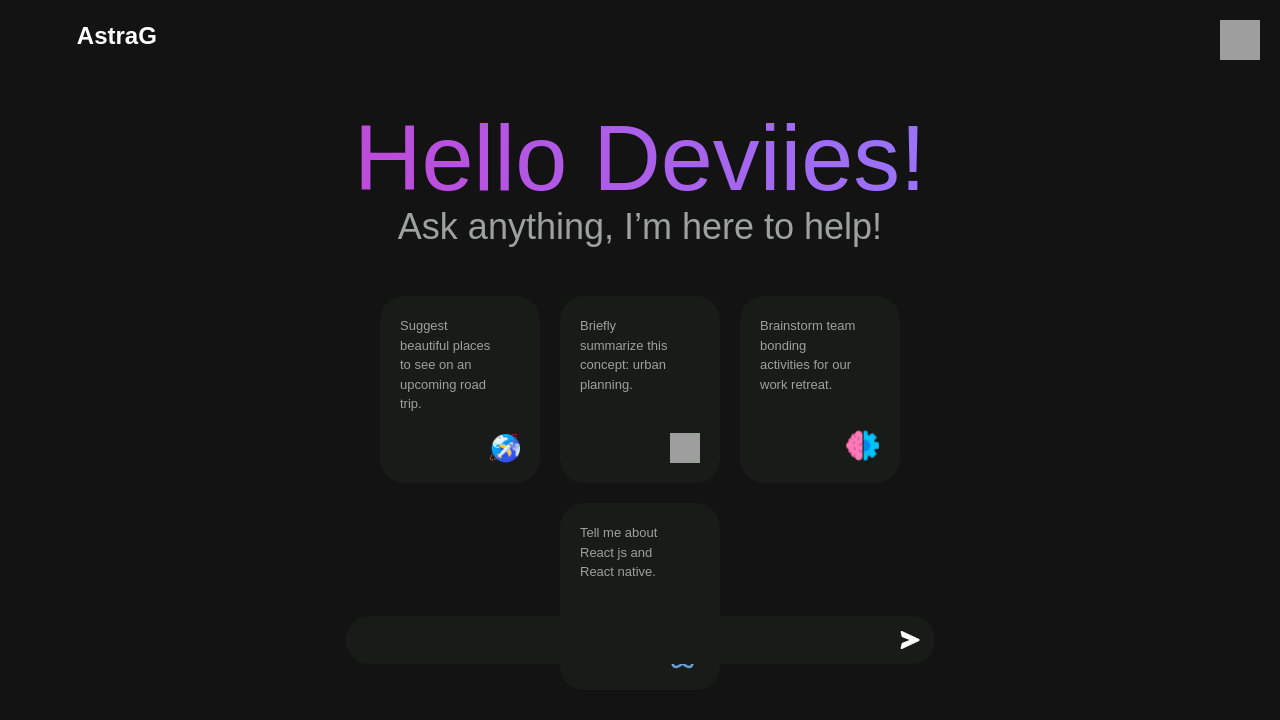
Repository: S-o-b-u/AstraGen1
Page: /
An editor plug-in stored every save of this project. The page is shown before and after a run of saves, followed by the edit.
The browser window is 1280 px wide. The pictures show the whole page.
Pictures or frames that could not be fetched are drawn as grey boxes. The project was rebuilt for these pictures with package versions that can differ from the ones it lists, and the page was loaded fresh each time. Also part of the build but not shown: vite.config.js, src/components/Loader/Loader.jsx, src/components/Sidebar/SIdebar.jsx.

Above is the page before, as saved 2024-11-14 01:23:46.

### index.html
<!doctype html>
<html lang="en">
  <head>
    <meta charset="UTF-8" />
    <link rel="icon" type="image/svg+xml" href="./icons/logo.png" />
    <meta name="viewport" content="width=device-width, initial-scale=1.0" />
    <title>Astra</title>
  </head>
  <body>
    <div id="root"></div>
    <script type="module" src="/src/main.jsx"></script>
  </body>
</html>

### src/main.jsx
import { createRoot } from "react-dom/client";
import "./index.css";
import App from "./App.jsx";
import ContextProvider from "./context/Context.jsx";

createRoot(document.getElementById("root")).render(
  <ContextProvider>
    <App />
  </ContextProvider>
);

### src/index.css
@tailwind base;
@tailwind components;
@tailwind utilities;
@import url('https://fonts.googleapis.com/css2?family=Outfit:wght@100..900&family=Poppins:ital,wght@0,100;0,200;0,300;0,400;0,500;0,600;0,700;0,800;0,900;1,100;1,200;1,300;1,400;1,500;1,600;1,700;1,800;1,900&display=swap');
*{
    padding: 0;
    margin: 0;
    box-sizing: border-box;
    font-family: "Outfit", sans-serif;
}
#root{
    width: 100%;
    height: 100vh;
    background-color: #131313;
}

### src/App.jsx
import { useState } from 'react'
import reactLogo from './assets/react.svg'
import viteLogo from '/vite.svg'
import Main from './components/Main/Main'
import Sidebar from './components/Sidebar/SIdebar'

function App() {

  return (
    <>
<div className='h-[100vh] w-[100%] overflow-hidden '>
{/* <Sidebar/> */}
<Main/>
</div>
    </>
  )
}

export default App

### src/context/Context.jsx
import React, { createContext, useState } from "react";
import run from "../config/gemini";

export const Context = createContext();

const ContextProvider = (props) => {
const newChat = ()=>{
  setLoading(false);
  setShowResult(false)
}


  const onSent = async (prompt) => {
    setResultData("");
    setLoading(true);
    setShowResult(true);
    setInput("");

    let response;
    if (prompt !== undefined) {
      setRecentPrompt(prompt)
      response = await run(prompt)
    }else{
      setPrevPrompt(prev => [...prev, Input])
      setRecentPrompt(Input);
      response = await run(Input)

    }



    const formattedResponse = response
      .replace(/## (.*)/g, "<h2>$1</h2>")
      .replace(/\*\*(.+?)\*\*/g, "<b>$1</b>")
      .replace(/\n\n/g, "<p></p>")
      .replace(/\n/g, "<br />")
      .replace(/\*/g, ">");
    console.log(formattedResponse);
    let newResponseArray = formattedResponse.split(" ");
    let delay = 0;
    newResponseArray.forEach((word, index) => {
      setTimeout(() => {
        setResultData((prev) => prev + word + " ");
      }, delay);
      delay += 75;
    });

    setLoading(false);
  };
  const [Input, setInput] = useState("");
  const [RecentPrompt, setRecentPrompt] = useState("");
  const [PrevPrompt, setPrevPrompt] = useState([]);
  const [ShowResult, setShowResult] = useState(false);
  const [Loading, setLoading] = useState(false);
  const [ResultData, setResultData] = useState("");

  const contextValue = {
    Input,
    setInput,
    RecentPrompt,
    setRecentPrompt,
    PrevPrompt,
    setPrevPrompt,
    ShowResult,
    Loading,
    ResultData,
    onSent,
    newChat
  };
  return (
    <Context.Provider value={contextValue}>{props.children}</Context.Provider>
  );
};
export default ContextProvider;

### src/components/Main/Main.jsx
import { useContext } from "react";
import "./Main.css";
import { Context } from "../../context/Context";
import MyLoader from "../Loader/Loader";
const Main = () => {

  const {
    Input,
    setInput,
    RecentPrompt,
    setRecentPrompt,
    PrevPrompt,
    setPrevPrompt,
    ShowResult,
    Loading,
    setResultData,
    ResultData,
    onSent,
  } = useContext(Context);
  const handleKeyDown = (event)=>{
    if (event.key == "Enter") {
      onSent();
    }
  }
  const loadPrompt = (prompt) => {
    setInput(prompt);
  };
  return (
    <>
     <div className="relative w-[100%] h-[100vh] overflow-hidden">
     <div className="relative px-5 py-5">
        <nav className=" flex justify-between ">
          <h1 className="absolute text-white left-16  lg:left-[6vw] text-2xl font-semibold">
            AstraG
          </h1>
          <img
            className=" absolute right-5 w-[40px] h-[40px]"
            src=".\icons\cat.png"
            alt="user"
          />
        </nav>
      </div>

      {!ShowResult ? (
        <>
          <div className="greet-cards relative h-32 text-center top-12 lg;top-20 ">
            <div className=" relative flex justify-center">
            <p className="text-[6vh] absolute lg:text-[13vh]">
              <span>Hello Deviies!</span>
            </p>
            <p className="text-[2.5vh] lg:text-[5vh] absolute mt-12 lg:mt-28 ">
            Ask anything, I’m here to help!{" "}
            </p>
            </div>
            <div className="cards justify-center lg:absolute lg:left-[50%] lg:-translate-x-[50%] text-white lg:mt-52 flex flex-wrap gap-2 lg:gap-5 ">
              <div onClick={()=>loadPrompt("Suggest beautiful places to see on an upcoming road trip.")} className="card relative transition-all text-start ease-in-out duration-300 bg-[#181B18] hover:bg-[#161816] p-5 lg:w-40 lg:h-[26vh] rounded-3xl ">
                <p className="text-[13px] w-24">
                  Suggest beautiful places to see on an upcoming road trip.
                </p>
                <img
                  className="w-[30px] h-[30px] absolute  bottom-5 right-5 opacity-0 lg:opacity-100"
                  src=".\icons\airplane.png"
                  alt=""
                />
              </div>
              <div onClick={()=>loadPrompt("Briefly summarize this concept: urban planning.")} className="card relative transition-all text-start ease-in-out duration-300 bg-[#181B18] hover:bg-[#161816] p-5 lg:w-40 lg:h-[26vh] rounded-3xl">
                <p className="text-[13px] w-24">
                  Briefly summarize this concept: urban planning.
                </p>
                <img
                  className="w-[30px] h-[30px] absolute  bottom-5 right-5 opacity-0 lg:opacity-100"
                  src=".\icons\urban.png"
                  alt=""
                />
              </div>
              <div onClick={()=>loadPrompt("Brainstorm team bonding activities for our work retreat.")} className="card relative transition-all text-start ease-in-out duration-300 bg-[#181B18] hover:bg-[#161816] p-5 lg:w-40 lg:h-[26vh] rounded-3xl">
                <p className="text-[13px] w-24">
                  Brainstorm team bonding activities for our work retreat.
                </p>
                <img
                  className="w-[35px] h-[35px] absolute  bottom-5 right-5 opacity-0 lg:opacity-100"
                  src=".\icons\brain.png"
                  alt=""
                />
              </div>
              <div onClick={()=>loadPrompt("Tell me about React js and React native.")} className="card relative transition-all text-start ease-in-out duration-300 bg-[#181B18] hover:bg-[#161816] p-5 lg:w-40 lg:h-[26vh] rounded-3xl">
                <p className="text-[13px] w-24">
                  Tell me about React js and React native.
                </p>
                <img
                  className="w-[35px] h-[35px] absolute  bottom-5 right-5 opacity-0 lg:opacity-100"
                  src=".\icons\react.png"
                  alt=""
                />
              </div>
            </div>
          </div>


        </>
      ) : (
        <>
          <div className="result w-100% h-[71vh] overflow-auto absolute px-72 py-2 top-24  flex flex-col gap-4  text-white">
            <div className="user flex gap-3 items-center">
              <img
                className="w-[30px] h-[30px]"
                src=".\icons\cat.png"
                alt="user"
              />
              <p>{RecentPrompt}</p>
            </div>
            <div className="result-data  ml-1   flex gap-2">
              <img  className="w-[30px] h-[30px]"
                src=".\icons\chai-tea.png"
                alt="user" />
                {Loading? <MyLoader/>
                :
              <p className=" mt-1" dangerouslySetInnerHTML={{ __html: ResultData }} />
            }
            </div>
          </div>
        </>
      )}
      <div className="prompt flex gap-5 absolute bg-[#181B18] left-[50%] -translate-x-[50%] bottom-14 w-[46vw] rounded-full p-3">
        <input
          onChange={(e) => setInput(e.target.value)}
          onKeyDown={handleKeyDown}
          value={Input}
          className="w-[90%] text-white ml-3 border-none outline-none bg-transparent"
          type="text"
          placeholder=""
        />

        <button onClick={() => onSent()}>
          <img src=".\icons\send.svg" alt="" />
        </button>
      </div>
     </div>
    </>
  );
};

export default Main;

### src/config/gemini.js
import {
  GoogleGenerativeAI,
  HarmCategory,
  HarmBlockThreshold,
} from "@google/generative-ai";

const genAI = new GoogleGenerativeAI("AIzaSyAHY2uC3JZMNVIONYYos892Is-U_CMPQJ0");

const model = genAI.getGenerativeModel({ model: "gemini-1.5-flash" });

const generationConfig = {
  temperature: 1,
  topP: 0.95,
  topK: 40,
  maxOutputTokens: 8192,
  responseMimeType: "text/plain",
};

async function run(prompt) {
  const chatSession = model.startChat({
    generationConfig,
    history: [],
  });

  const result = await chatSession.sendMessage(prompt);
  const response = result.response;
  console.log(response.text());
  return response.text();
}

export default run;

### src/components/Main/Main.css
.greet-cards p{
    color: #9fa0a0;
}
.greet-cards span{
 background: -webkit-linear-gradient(16deg, #be4bdb 5%, #9775fa);
 -webkit-background-clip: text;
 -webkit-text-fill-color: transparent;
}
.result::-webkit-scrollbar{
    display: none;

}
.result-data p{
    line-height: 2.5;
    width: 90%;
}
.result-data p b{
   color: #67dfff;
}
.result-data p h2{
   color: 	#b581fe;
}

Loaded but not shown: tailwind.config.js (common file)

After the next 2 saves:
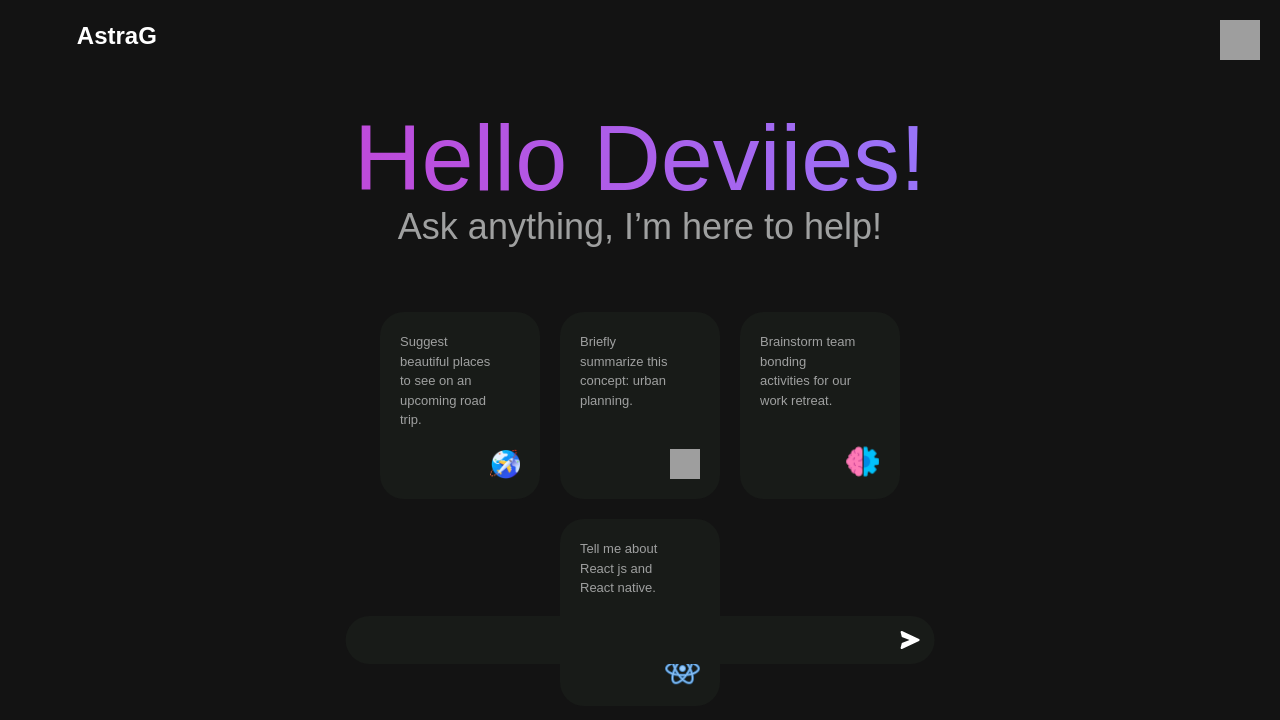
The 2 saves are shown as one change because they came seconds apart.
The last was saved 25 s later.
--- a/src/components/Main/Main.jsx
+++ b/src/components/Main/Main.jsx
@@ -52,7 +52,7 @@
             Ask anything, I’m here to help!{" "}
             </p>
             </div>
-            <div className="cards justify-center lg:absolute lg:left-[50%] lg:-translate-x-[50%] text-white lg:mt-52 flex flex-wrap gap-2 lg:gap-5 ">
+            <div className="cards justify-center lg:absolute lg:left-[50%] lg:-translate-x-[50%] text-white lg:mt-56 flex flex-wrap gap-2 lg:gap-5 ">
               <div onClick={()=>loadPrompt("Suggest beautiful places to see on an upcoming road trip.")} className="card relative transition-all text-start ease-in-out duration-300 bg-[#181B18] hover:bg-[#161816] p-5 lg:w-40 lg:h-[26vh] rounded-3xl ">
                 <p className="text-[13px] w-24">
                   Suggest beautiful places to see on an upcoming road trip.

After the save that followed:
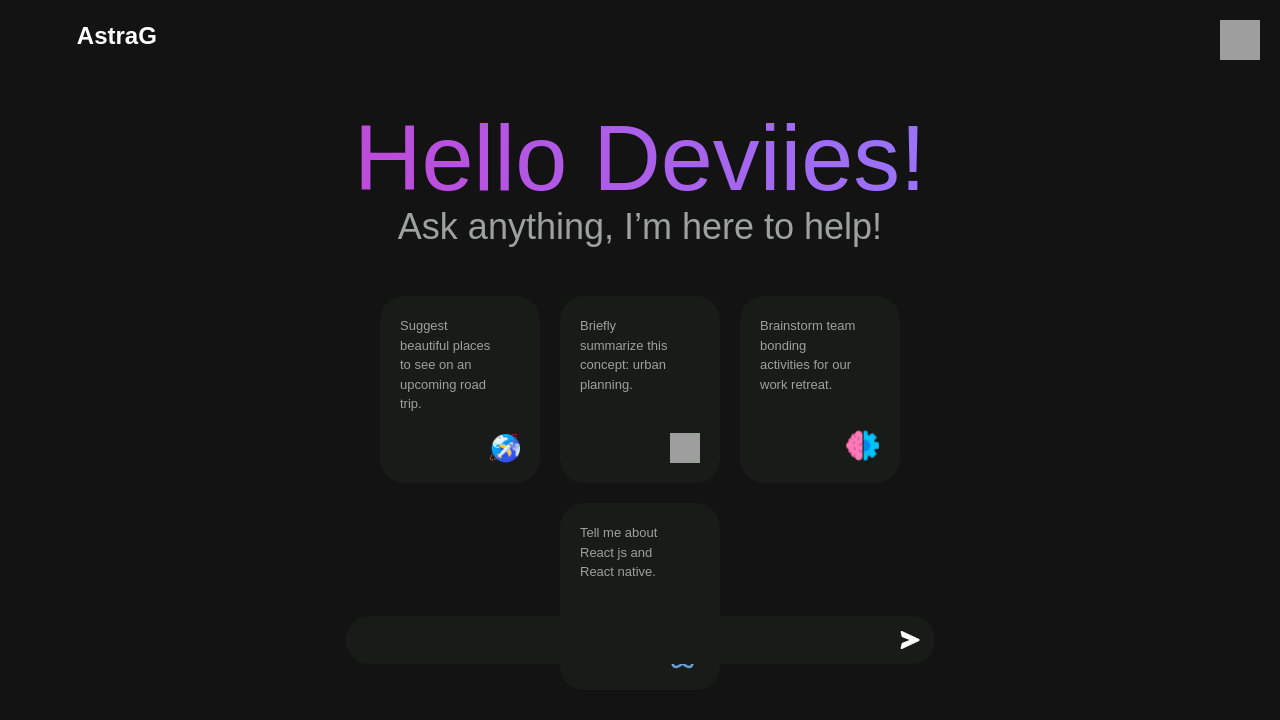
Saved 5 s later.
--- a/src/components/Main/Main.jsx
+++ b/src/components/Main/Main.jsx
@@ -52,7 +52,7 @@
             Ask anything, I’m here to help!{" "}
             </p>
             </div>
-            <div className="cards justify-center lg:absolute lg:left-[50%] lg:-translate-x-[50%] text-white lg:mt-56 flex flex-wrap gap-2 lg:gap-5 ">
+            <div className="cards justify-center lg:absolute lg:left-[50%] lg:-translate-x-[50%] text-white lg:mt-52 flex flex-wrap gap-2 lg:gap-5 ">
               <div onClick={()=>loadPrompt("Suggest beautiful places to see on an upcoming road trip.")} className="card relative transition-all text-start ease-in-out duration-300 bg-[#181B18] hover:bg-[#161816] p-5 lg:w-40 lg:h-[26vh] rounded-3xl ">
                 <p className="text-[13px] w-24">
                   Suggest beautiful places to see on an upcoming road trip.
